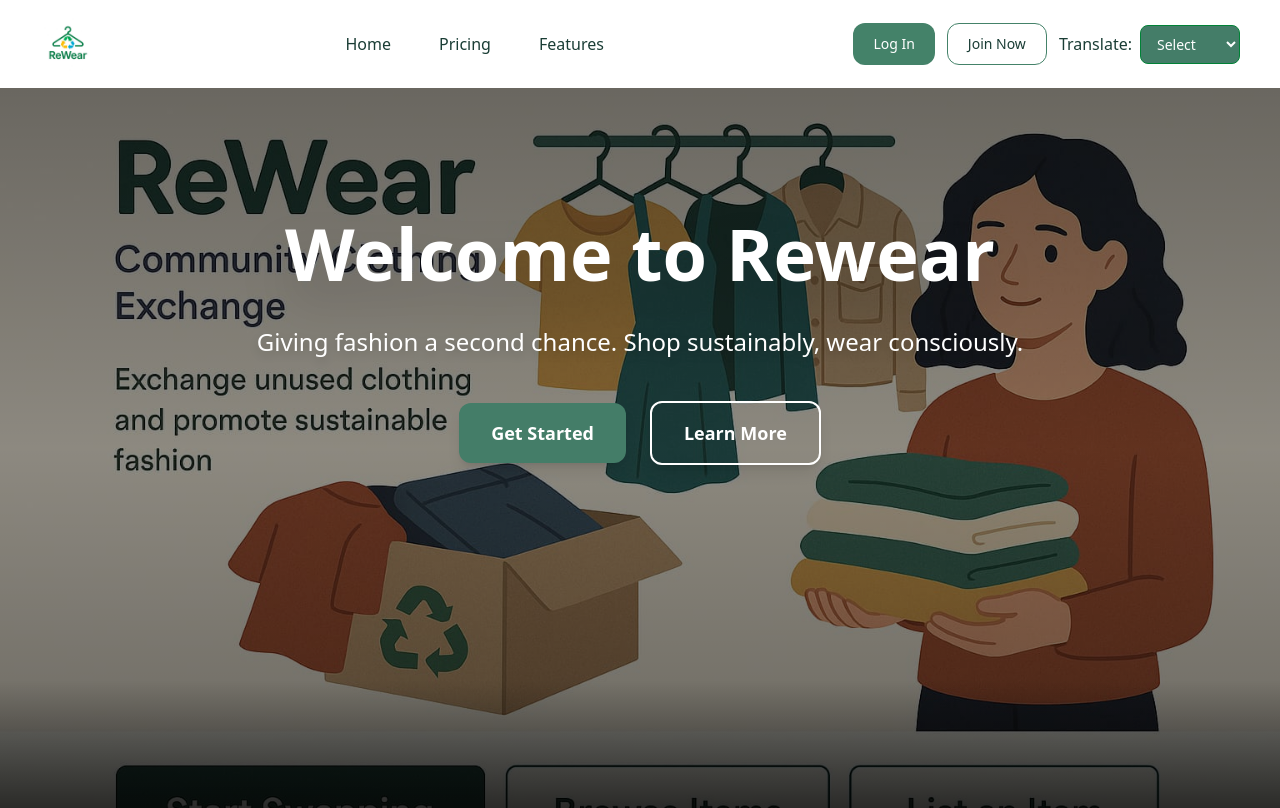
Repository: Swastikkkkk/vv
Page: / (app in OneDrive/Desktop/Yuzichahal/frontend/)
The author's editor kept a copy of each file at every save. The page is drawn from the files as they stood at one save, then again after the next save.
The browser window is 1280 px wide. The pictures show the whole page.
The project was rebuilt for these pictures with package versions that can differ from the ones it lists, and the page was loaded fresh each time. Also part of the build but not shown: OneDrive/Desktop/Yuzichahal/frontend/vite.config.js, OneDrive/Desktop/Yuzichahal/frontend/src/components/Signup.jsx, OneDrive/Desktop/Yuzichahal/frontend/src/components/Login.jsx.

Above is the page before, as saved 2025-07-12 09:59:01.

### OneDrive/Desktop/Yuzichahal/frontend/src/App.jsx
import React from 'react';
import { BrowserRouter as Router, Routes, Route } from 'react-router-dom';
import LandingPage from './components/LandingPage'; // Add this
import Signup from './components/Signup';
import Login from './components/Login';

const App = () => {
  return (
    <Router>
      <Routes>
        <Route path="/" element={<LandingPage />} />
        <Route path="/signup" element={<Signup />} />
        <Route path="/login" element={<Login />} />
      </Routes>
    </Router>
  );
};

export default App;

### OneDrive/Desktop/Yuzichahal/frontend/src/components/LandingPage.jsx
import React from 'react';
import Navbar from './Navbar';
import HeroSection from './Herosection';

const LandingPage = () => {
  return (
    <>
      <Navbar />
      <HeroSection />
    </>
  );
};

export default LandingPage;

### OneDrive/Desktop/Yuzichahal/frontend/src/components/Navbar.jsx
// import React from 'react';
// import logo from '../assets/logo.png'; // adjust the path if your file structure differs

// const Navbar = () => {
//   return (
//     <header className="w-full px-10 py-5 flex items-center justify-between bg-white shadow-sm">
//       {/* Left - Logo */}
//       <div className="flex items-center space-x-3">
//         <img src={logo} alt="Rewear Logo" className="h-20 w-auto" />
//       </div>

//       {/* Center - Links */}
//       <nav className="hidden md:flex items-center gap-12 text-[#1a3d35] text-base font-medium">
//         <a href="#" className="hover:text-green-700 transition duration-200">Home</a>
//         <a href="#" className="hover:text-green-700 transition duration-200">Pricing</a>
//         <a href="#" className="hover:text-green-700 transition duration-200">Impact</a>
//       </nav>

//       {/* Right - Buttons */}
//       <div className="flex items-center gap-4">
//         <button className="bg-[#447d68] text-white px-5 py-2.5 rounded-xl text-sm font-medium hover:bg-[#366755] transition duration-200">
//           Log In
//         </button>
//         <button className="border border-[#447d68] text-[#1a3d35] px-5 py-2.5 rounded-xl text-sm font-medium hover:bg-[#e7f1ed] transition duration-200">
//           Join Now
//         </button>
//       </div>
//     </header>
//   );
// };

// export default Navbar;
import React, { useState, useEffect } from "react";
import { useNavigate, useLocation } from "react-router-dom";
import logo from "../assets/logo.png"; // Replace with your actual logo path

const API_KEY = "AIzaSyB39IqC2w3zr9SIbAsf3AWyEwD9niQ93vU";

const Navbar = () => {
  const navigate = useNavigate();
  const location = useLocation();

  const [translating, setTranslating] = useState(false);
  const [selectedLang, setSelectedLang] = useState(
    localStorage.getItem("selectedLang") || ""
  );

  const scrollToSection = (id) => {
    const section = document.getElementById(id);
    if (section) {
      section.scrollIntoView({ behavior: "smooth" });
    }
  };

  const handleJoinNowClick = () => {
    navigate("/signup");
  };

  const handleSignInClick = () => {
    navigate("/login");
  };

  const translatePage = async (targetLang) => {
    if (!targetLang) return;
    setTranslating(true);

    try {
      const elements = document.querySelectorAll("body *:not(script):not(style)");
      const textNodes = [];
      const originalTexts = [];

      for (const el of elements) {
        for (const node of el.childNodes) {
          if (node.nodeType === Node.TEXT_NODE && node.textContent.trim()) {
            textNodes.push(node);
            originalTexts.push(node.textContent.trim());
          }
        }
      }

      if (originalTexts.length === 0) return;

      const response = await fetch(
        `https://translation.googleapis.com/language/translate/v2?key=${API_KEY}`,
        {
          method: "POST",
          headers: {
            "Content-Type": "application/json",
          },
          body: JSON.stringify({
            q: originalTexts,
            target: targetLang,
            format: "text",
          }),
        }
      );

      const data = await response.json();

      if (data?.data?.translations?.length === textNodes.length) {
        data.data.translations.forEach((translation, idx) => {
          textNodes[idx].textContent = translation.translatedText;
        });
      } else {
        console.warn("Mismatch in translation results");
      }
    } catch (error) {
      console.error("Translation error:", error);
      alert("Failed to translate page. Please try again.");
    }

    setTranslating(false);
  };

  const handleLanguageChange = (e) => {
    const lang = e.target.value;
    setSelectedLang(lang);
    localStorage.setItem("selectedLang", lang);
    translatePage(lang);
  };

  return (
    <header className="w-full bg-white shadow-sm">
      <div className="max-w-[1440px] mx-auto px-6 md:px-10 py-4 flex flex-col md:flex-row items-center justify-between gap-4 md:gap-0">
        {/* Logo */}
        <div className="flex items-center space-x-3">
          <img src={logo} alt="Rewear Logo" className="h-14 w-auto object-contain" />
        </div>

        {/* Nav Links */}
        <ul className="hidden md:flex items-center gap-12 text-[#1a3d35] text-[16px] font-medium">
          <li onClick={() => scrollToSection("home")} className="cursor-pointer hover:text-green-700 transition">
            Home
          </li>
          <li onClick={() => scrollToSection("pricing")} className="cursor-pointer hover:text-green-700 transition">
            Pricing
          </li>
          <li onClick={() => scrollToSection("features")} className="cursor-pointer hover:text-green-700 transition">
            Features
          </li>
        </ul>

        {/* Right side - Buttons and Language */}
        <div className="flex flex-col md:flex-row items-center gap-3 w-full md:w-auto">
          <div className="flex gap-3 w-full md:w-auto">
            <button
              onClick={handleSignInClick}
              className="bg-[#448269] text-white px-5 py-2.5 rounded-xl text-sm font-medium hover:bg-green-900 transition w-full md:w-auto"
            >
              Log In
            </button>
            <button
              onClick={handleJoinNowClick}
              className="border border-[#448269] text-[#1a3d35] px-5 py-2.5 rounded-xl text-sm font-medium hover:bg-green-100 transition w-full md:w-auto"
            >
              Join Now
            </button>
          </div>

          {/* Language selector */}
          <div className="flex flex-col md:flex-row items-center gap-2">
            <label htmlFor="language-select" className="text-[#1a3d35] font-medium whitespace-nowrap">
              Translate:
            </label>
            <select
              id="language-select"
              className="px-3 py-2 rounded-lg bg-[#447d68] text-white border border-green-700 text-sm focus:outline-none"
              onChange={handleLanguageChange}
              disabled={translating}
              value={selectedLang}
            >
              <option value="" disabled>Select</option>
              <option value="en">English</option>
              <option value="hi">Hindi</option>
              <option value="es">Spanish</option>
              <option value="fr">French</option>
              <option value="de">German</option>
              <option value="zh-CN">Chinese</option>
              <option value="ar">Arabic</option>
              <option value="mr">Marathi</option>
            </select>
          </div>

          {translating && (
            <p className="text-sm text-green-500 mt-2 md:mt-0">Translating...</p>
          )}
        </div>
      </div>
    </header>
  );
};

export default Navbar;

### OneDrive/Desktop/Yuzichahal/frontend/src/components/Herosection.jsx
// // import React from 'react';
// // import heroImage from '../assets/Heroimage.jpg';

// // const HeroSection = () => {
// //   return (
// //     // <section
// //     //  className="relative z-10 w-screen h-screen text-center text-white px-4 mt-[80px] pb-[100px] w-full"

// //     //   style={{ backgroundImage: `url(${heroImage})` }}>

// //     //   {/* Dark overlay */}
// //     //   <div className="absolute inset-0 bg-black/50 z-0" />

// //     //   {/* Content pushed downward */}
// //     //   <div className="relative z-10 text-center text-white px-4 mt-[80px] pb-[100px] w-full">
// //     //     <h1 className="text-4xl md:text-6xl font-bold mb-4 drop-shadow-lg">
// //     //       Welcome to Rewear
// //     //     </h1>
// //     //     <p className="text-lg md:text-xl font-medium max-w-2xl mx-auto drop-shadow-md mb-6">
// //     //       Giving fashion a second chance. Shop sustainably, wear consciously.
// //     //     </p>

// //     //     <div className="flex flex-col sm:flex-row items-center justify-center gap-4">
// //     //       <button className="bg-[#447d68] text-white px-6 py-3 rounded-xl text-sm font-medium hover:bg-[#366755] transition">
// //     //         Get Started
// //     //       </button>
// //     //       <button className="border border-white text-white px-6 py-3 rounded-xl text-sm font-medium hover:bg-white hover:text-[#1a3d35] transition">
// //     //         Learn More
// //     //       </button>
// //     //     </div>
// //     //   </div>
// //     // </section>
// //     <section
// //   className="w-screen mt-10 h-screen bg-center bg-cover bg-no-repeat relative flex items-start justify-center"
// //   style={{ backgroundImage: `url(${heroImage})` }}
// // >
// //   <div className="absolute inset-0 bg-black/30 z-0" />

// //   <div className="relative z-10 w-full max-w-screen-xl text-center text-white px-4 mt-[80px] pb-[100px]">
// //     <h1 className="text-4xl md:text-6xl font-bold mb-4 drop-shadow-lg">
// //       Welcome to Rewear
// //     </h1>
// //     <p className="text-lg md:text-xl font-medium max-w-2xl mx-auto drop-shadow-md mb-6">
// //       Giving fashion a second chance. Shop sustainably, wear consciously.
// //     </p>

// //     <div className="flex flex-col sm:flex-row items-center justify-center gap-4">
// //       <button className="bg-[#447d68] text-white px-6 py-3 rounded-xl text-sm font-medium hover:bg-[#366755] transition">
// //         Get Started
// //       </button>
// //       <button className="border border-white text-white px-6 py-3 rounded-xl text-sm font-medium hover:bg-white hover:text-[#1a3d35] transition">
// //         Learn More
// //       </button>
// //     </div>
// //   </div>
// // </section>

// //   );
// // };

// // export default HeroSection;
// import React from 'react';
// import heroImage from '../assets/Heroimage.jpg';

// const HeroSection = () => {
//   return (
//     <section
//       className="w-screen h-screen bg-center bg-cover bg-no-repeat relative flex items-start justify-center overflow-hidden"
//       style={{
//         backgroundImage: `url(${heroImage})`,
//         backgroundPosition: 'center 20%', // Adjust vertical position to hide bottom elements
//         backgroundSize: 'cover'
//       }}
//     >
//       {/* Reduced opacity overlay for better clarity */}
//       <div className="absolute inset-0 bg-black/20 z-0" />

//       {/* Additional bottom overlay to hide unwanted elements */}
//       <div className="absolute bottom-0 left-0 right-0 h-32 bg-gradient-to-t from-black/60 to-transparent z-5" />

//       <div className="relative z-10 w-full max-w-screen-xl text-center text-white px-4 mt-[80px] pb-[100px]">
//         <h1 className="text-4xl md:text-6xl font-bold mb-4 drop-shadow-lg">
//           Welcome to Rewear
//         </h1>
//         <p className="text-lg md:text-xl font-medium max-w-2xl mx-auto drop-shadow-md mb-6">
//           Giving fashion a second chance. Shop sustainably, wear consciously.
//         </p>

//         <div className="flex flex-col sm:flex-row items-center justify-center gap-4">
//           <button className="bg-[#447d68] text-white px-6 py-3 rounded-xl text-sm font-medium hover:bg-[#366755] transition">
//             Get Started
//           </button>
//           <button className="border border-white text-white px-6 py-3 rounded-xl text-sm font-medium hover:bg-white hover:text-[#1a3d35] transition">
//             Learn More
//           </button>
//         </div>
//       </div>
//     </section>
//   );
// };

// export default HeroSection;
import React from 'react';
import heroImage from '../assets/Heroimage.jpg';

const HeroSection = () => {
  return (
    <section
      className="w-screen h-screen bg-center bg-cover bg-no-repeat relative flex items-start justify-center overflow-hidden"
      style={{
        backgroundImage: `url(${heroImage})`,
        backgroundPosition: 'center 20%', // Adjust vertical position to hide bottom elements
        backgroundSize: 'cover'
      }}
    >
      {/* Reduced opacity overlay for better clarity */}
      <div className="absolute inset-0 bg-black/30 z-0" />

      {/* Additional bottom overlay to hide unwanted elements */}
      <div className="absolute bottom-0 left-0 right-0 h-32 bg-gradient-to-t from-black/60 to-transparent z-5" />

      {/* Center overlay for better text readability */}
      <div className="absolute inset-0 bg-gradient-to-b from-black/40 via-black/20 to-black/40 z-1" />

      <div className="relative z-10 w-full max-w-4xl text-center text-white px-6 md:px-12 mt-[120px] pb-[100px]">
        <h1 className= " m-text-4xl md:text-6xl lg:text-7xl font-bold mb-6 drop-shadow-2xl leading-tight">
          Welcome to Rewear
        </h1>
        <p className="text-lg md:text-xl lg:text-2xl font-medium max-w-3xl mx-auto drop-shadow-lg mb-8 leading-relaxed">
          Giving fashion a second chance. Shop sustainably, wear consciously.
        </p>

        <div className="flex flex-col sm:flex-row items-center justify-center gap-6 mt-10">
          <button className="bg-[#447d68] text-white px-8 py-4 rounded-xl text-lg font-semibold hover:bg-[#366755] transition-all duration-300 transform hover:scale-105 shadow-lg">
            Get Started
          </button>
          <button className="border-2 border-white text-white px-8 py-4 rounded-xl text-lg font-semibold hover:bg-white hover:text-[#1a3d35] transition-all duration-300 transform hover:scale-105 shadow-lg">
            Learn More
          </button>
        </div>
      </div>
    </section>
  );
};

export default HeroSection;

Loaded but not shown: OneDrive/Desktop/Yuzichahal/frontend/index.html (common file); OneDrive/Desktop/Yuzichahal/frontend/src/App.css (common file); OneDrive/Desktop/Yuzichahal/frontend/src/main.jsx (common file)

After the next save:
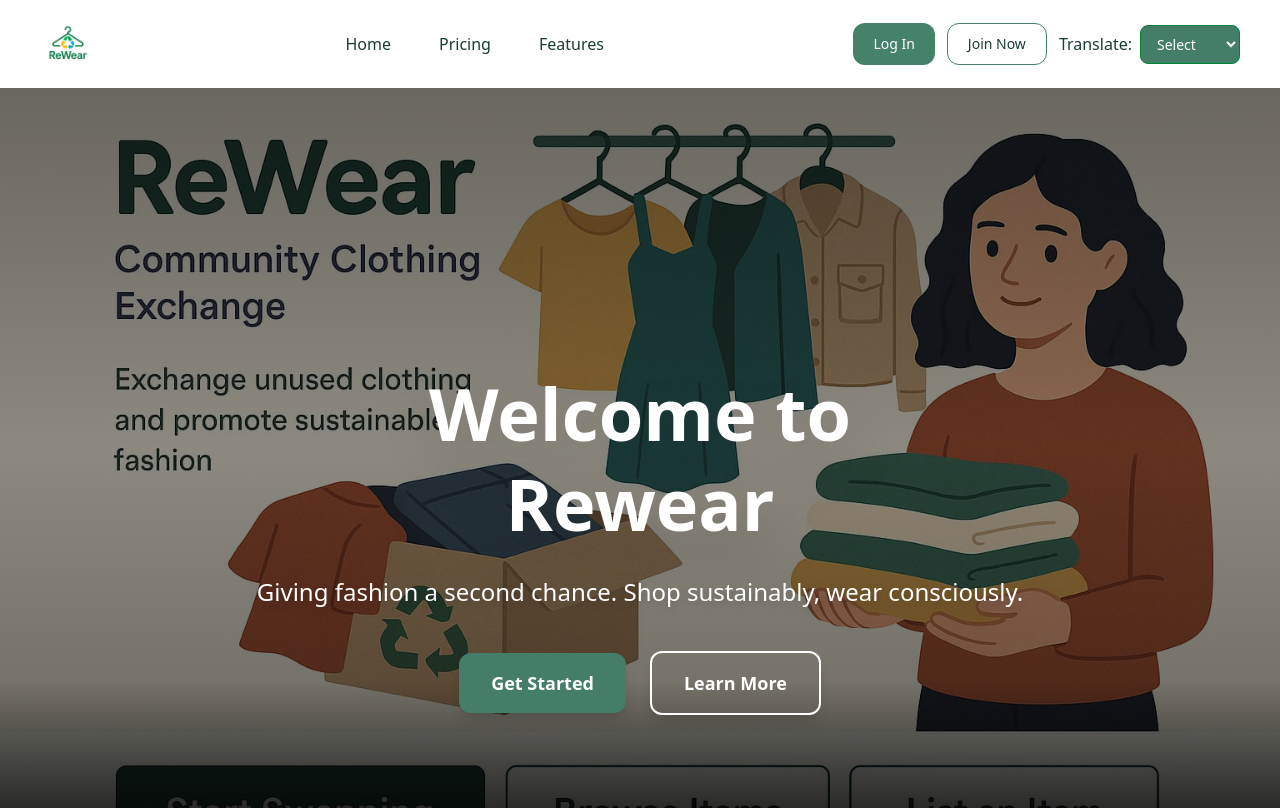
Saved 4 s later.
--- a/OneDrive/Desktop/Yuzichahal/frontend/src/components/Herosection.jsx
+++ b/OneDrive/Desktop/Yuzichahal/frontend/src/components/Herosection.jsx
@@ -123,7 +123,7 @@
       <div className="absolute inset-0 bg-gradient-to-b from-black/40 via-black/20 to-black/40 z-1" />
 
       <div className="relative z-10 w-full max-w-4xl text-center text-white px-6 md:px-12 mt-[120px] pb-[100px]">
-        <h1 className= " m-text-4xl md:text-6xl lg:text-7xl font-bold mb-6 drop-shadow-2xl leading-tight">
+        <h1 className= " m-40 text-4xl md:text-6xl lg:text-7xl font-bold mb-6 drop-shadow-2xl leading-tight">
           Welcome to Rewear
         </h1>
         <p className="text-lg md:text-xl lg:text-2xl font-medium max-w-3xl mx-auto drop-shadow-lg mb-8 leading-relaxed">

After the save that followed:
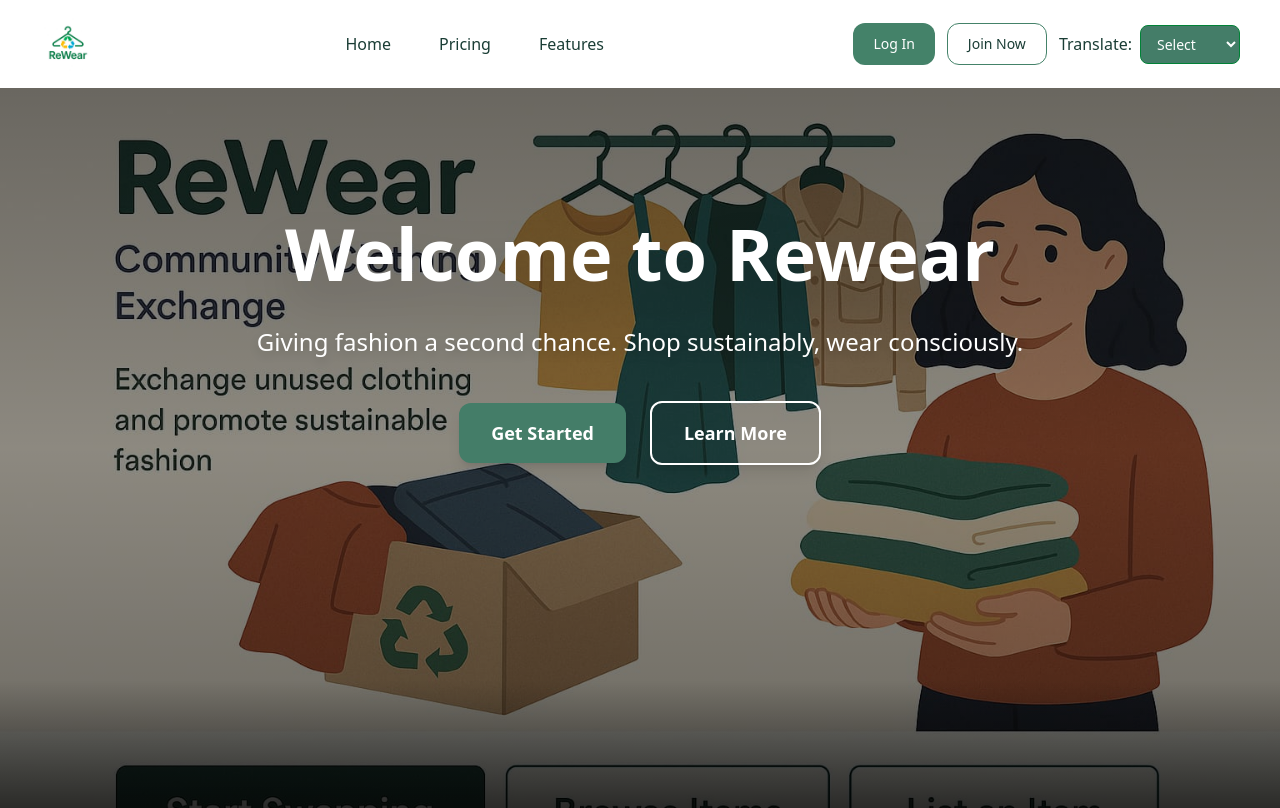
Saved 6 s later.
--- a/OneDrive/Desktop/Yuzichahal/frontend/src/components/Herosection.jsx
+++ b/OneDrive/Desktop/Yuzichahal/frontend/src/components/Herosection.jsx
@@ -123,7 +123,7 @@
       <div className="absolute inset-0 bg-gradient-to-b from-black/40 via-black/20 to-black/40 z-1" />
 
       <div className="relative z-10 w-full max-w-4xl text-center text-white px-6 md:px-12 mt-[120px] pb-[100px]">
-        <h1 className= " m-40 text-4xl md:text-6xl lg:text-7xl font-bold mb-6 drop-shadow-2xl leading-tight">
+        <h1 className= " m-20text-4xl md:text-6xl lg:text-7xl font-bold mb-6 drop-shadow-2xl leading-tight">
           Welcome to Rewear
         </h1>
         <p className="text-lg md:text-xl lg:text-2xl font-medium max-w-3xl mx-auto drop-shadow-lg mb-8 leading-relaxed">
